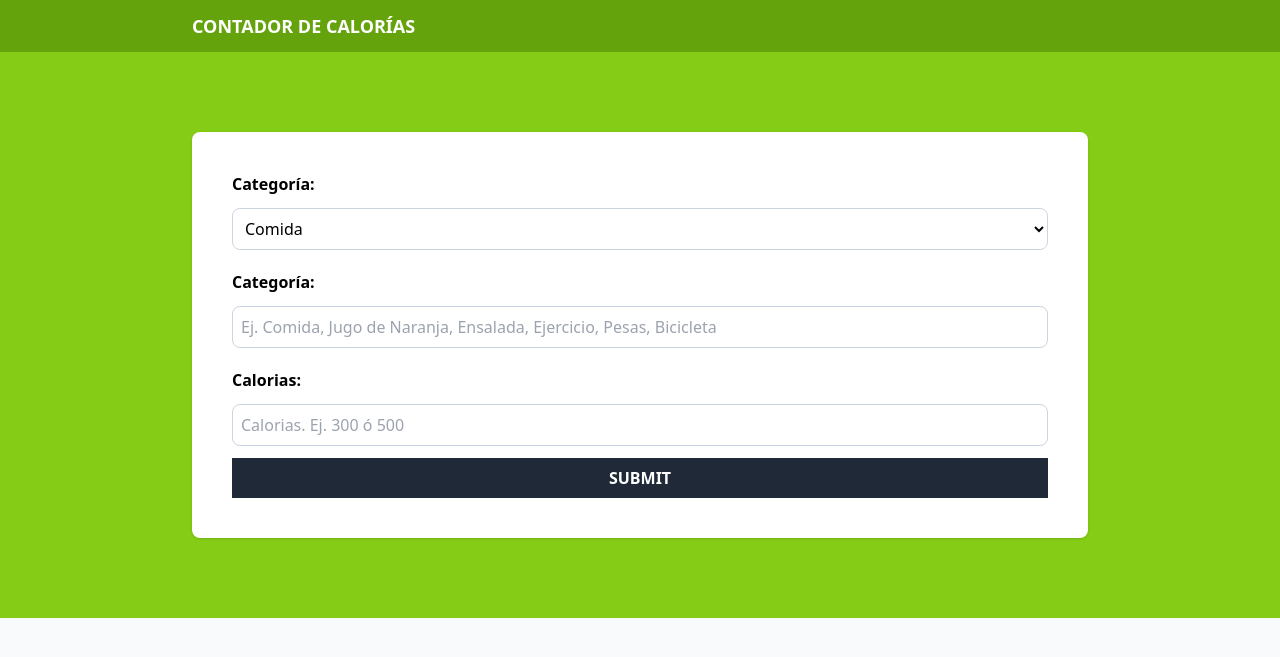
Repository: Samuel-Leal96/contador-calorias-react
Page: /
These files come from the project's save history. The page is drawn as it stood at one moment and after the next save; the edit follows.
The browser window is 1280 px wide. The pictures show the whole page.
The project was rebuilt for these pictures with package versions that can differ from the ones it lists, and the page was loaded fresh each time. Also part of the build but not shown: vite.config.ts.

Above is the page before, as saved 2025-10-25 16:02:59.

After the next save:
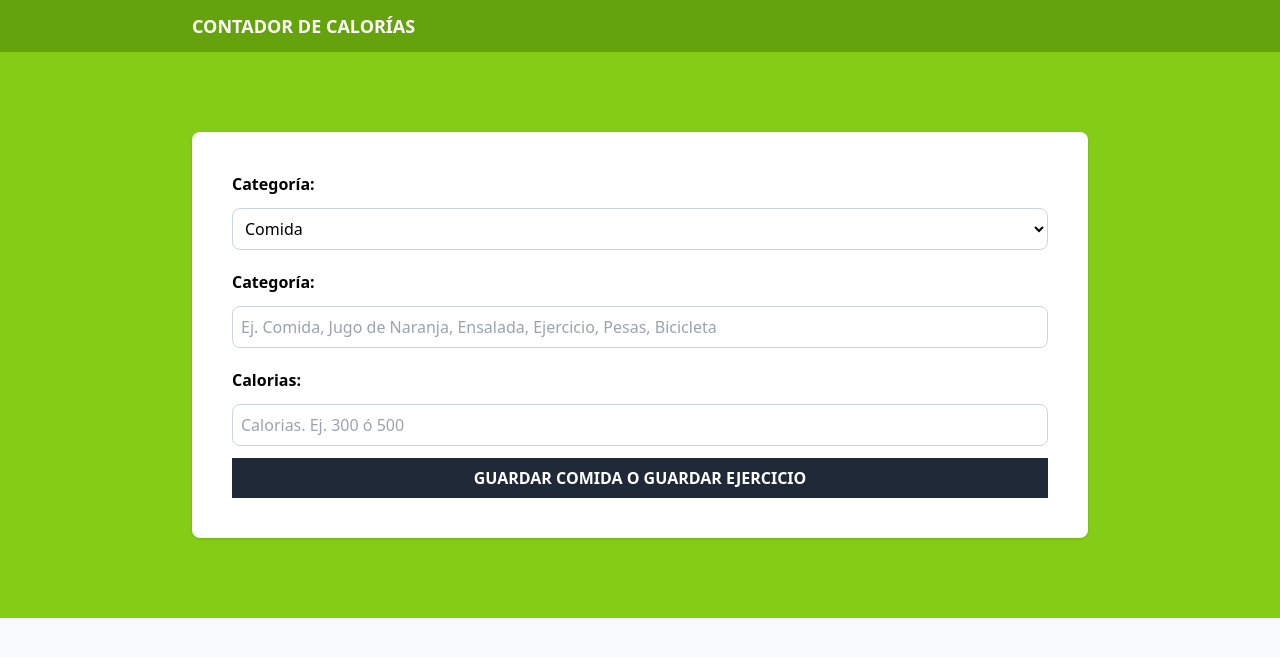
Saved 24 s later.
--- a/src/components/Form.tsx
+++ b/src/components/Form.tsx
@@ -55,7 +55,7 @@ export default function
           <input
             type="submit"
             className="bg-gray-800 hover:bg-gray-900 w-full p-2 font-bold uppercase text-white cursor-pointer"
-
+            value='Guardar comida o guardar ejercicio'
           >
           </input>
 
